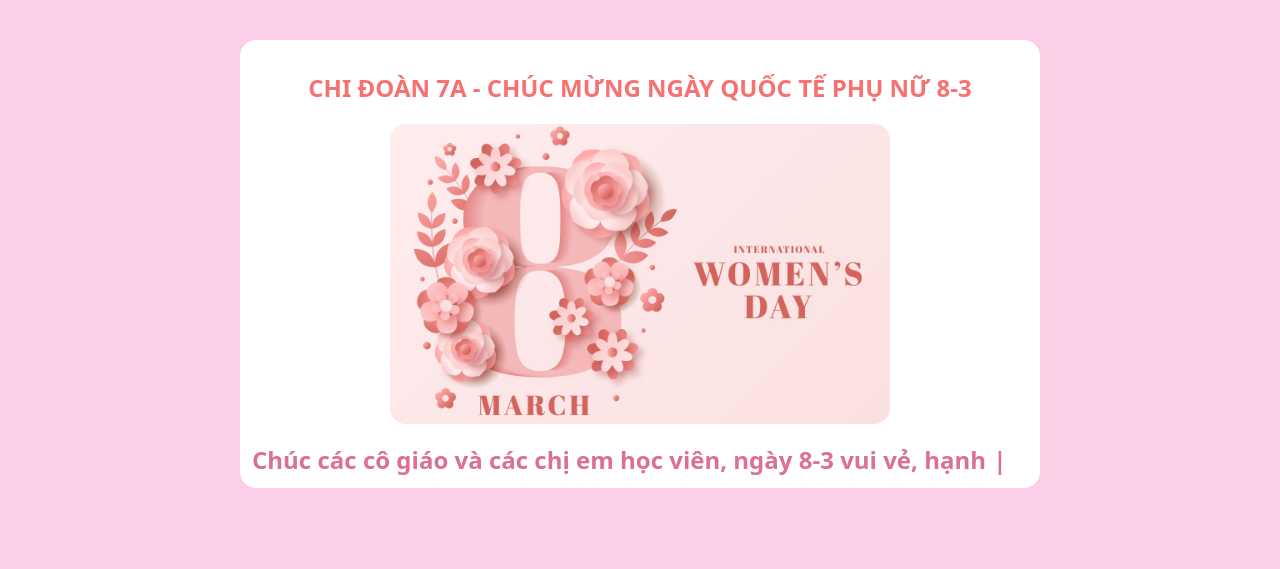
Repository: hoang0508/web-837A
Page: /
An editor plug-in stored every save of this project. The page is shown before and after the next save, followed by the edit.
The browser window is 1280 px wide. The pictures show the whole page.
Some web fonts or font styles are not loaded; a fallback is used. The project was rebuilt for these pictures with package versions that can differ from the ones it lists, and the page was loaded fresh each time. Also part of the build but not shown: vite.config.js.

Above is the page before, as saved 2025-02-28 19:06:32.

After the next save:
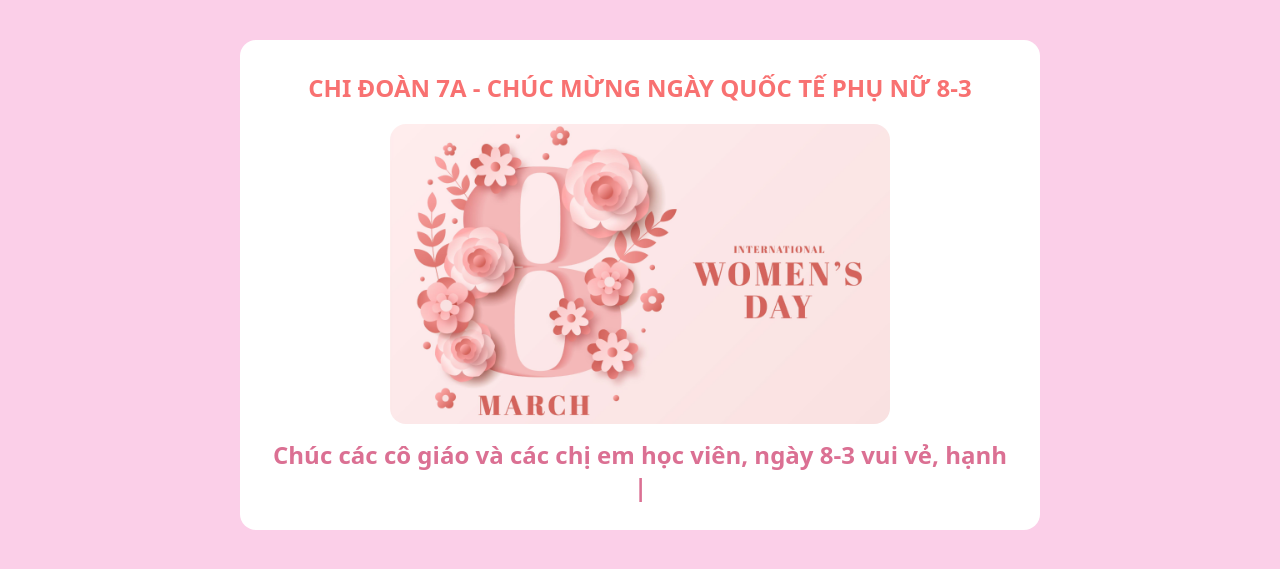
Saved 57 s later.
--- a/src/index.css
+++ b/src/index.css
@@ -35,6 +35,7 @@ body {
 }
 
 .Typewriter {
-  margin-top: 20px;
+  margin: 15px;
   color: palevioletred;
+  text-align: center;
 }
